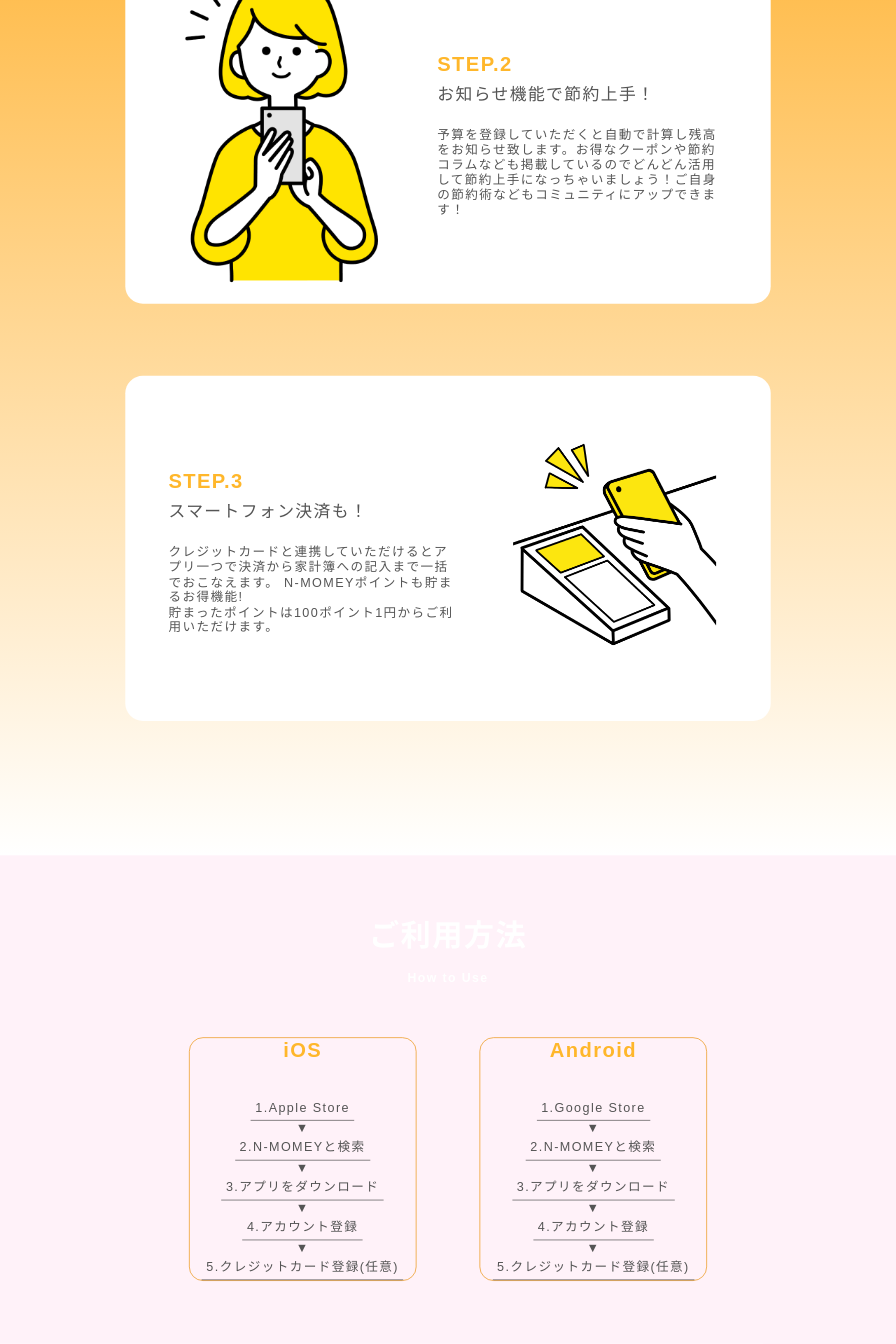
Repository: nozomi-23/lp2_test
Page: index.html
The author's editor kept a copy of each file at every save. The page is drawn from the files as they stood at one save, then again after the next save.
The browser window is 1280 px wide. The pictures show the part of the page from y = 1957 to 3877 px (the page is 3877 px tall before and 3861 px after), at 70% of full size.
Some web fonts or font styles are not loaded; a fallback is used.

Above is the page before, as saved 2022-06-18 15:42:38.

### index.html
<!DOCTYPE html>
<html lang="ja">
<head>
  <meta charset="UTF-8">
  <title>家計簿アプリ「N-MONEY」</title>
  <meta name="description" content="「人生をコードと共に」というビジョンを達成するべく、皆さんのプログラミング学習をサポートします。">
  <meta name="keywords" content="家計簿,アプリ,おすすめ">
  <meta name="viewport" content="width=device-width, initial-scale=1.0">
  <meta property="og:title" content="家計簿アプリ「N-MONEY」">
  <meta property="og:type" content="article">
  <meta property="og:url" content="https://withcode-plus.tech">
  <meta property="og:image" content="img/logo.png">
  <meta property="og:description" content="カンタン家計簿アプリ 「N-MONEY」でお得に楽に家計管理。">
  <meta property="og:site_name" content="家計簿アプリ">
  <link rel="icon" href="favicon.ico">
  <link rel="apple-touch-icon" sizes="180x180" href="img/logo.png">
  <link rel="preconnect" href="https://fonts.googleapis.com">
  <link rel="preconnect" href="https://fonts.gstatic.com" crossorigin>
  <link
    href="https://fonts.googleapis.com/css2?family=M+PLUS+1p:wght@400;500;700&family=Noto+Sans+JP:wght@400;500&display=swap"
    rel="stylesheet">
  <link rel="stylesheet" type="text/css" href="css/reset.css">
  <link rel="stylesheet" type="text/css" href="css/common.css">
</head>
<body>
  <!-- ========== header -->
  <header>
    <div class="header_inner">
      <h1 class="header_logo">
        <a href="#"><img src="img/logo.png" alt="ロゴ画像"></a>
      </h1>
      <nav class="header_nav">
        <ul class="header_list">
          <li class="header_item">
            <a href="#introduction">アプリ紹介</a>
          </li>
          <li class="header_item">
            <a href="#how">ご利用方法</a>
          </li>
          <li class="header_item">
            <a href="#fqa">よくある質問</a>
          </li>
          <li class="header_item">
            <a href="#news">お知らせ</a>
          </li>
          <li class="header_item heder_btn">
            <a href="#contact">お問い合わせ</a>
          </li>
        </ul>
      </nav>
      <div class="drawer"></div>
    </div>
  </header>
  <!-- ========== top -->
  <section class="top_section">
    <div class="inner">
      <div class="top_wrapper">
        <div class="top_left">
          <h2 class="title">
            <p>〜 簡単家計簿アプリ 〜</p><br>
            <span>N-MONEY Mobile</span>
          </h2>
          <div class="download">
            <div class="download_apple">
              <a href="https://www.apple.com/jp/app-store/">
                <img src="img/apple.png" alt="Apple Store">
              </a>
            </div>
            <div class="download_google">
              <a href="https://play.google.com/store/apps?hl=ja&gl=US">
                <img src="img/google.png" alt="Google Store">
              </a>
            </div>
          </div>
        </div>
        <div class="top_right">
          <img src="img/top.png" alt="トップ画像">
        </div>
      </div>
    </div>
  </section>
    <!-- ========== feature -->
    <div class="inner">

      <div class="feature_txt">
        <h3 class="feature_ttl">家でも外でもラクラク管理<br>
        N-MOMEY Mobileとは</h3>
        <p>N-MOMEY
        Mobileとはご自宅でも外出先でも簡単に家計を管理できるサービスです。カテゴリ別の支出、予算管理だけでなくクレジットカードの連結により、レジでのお支払い・支出管理を自動で更新してくれます。予算に対してのお知らせ機能で使いすぎを防ぎます。めんどくさい計算・管理はN-MOMEY
        Mobileにおまかせください!</p>
      </div>

    </div>
<!-- ========== Introduction -->
<section class="intro section" id="introduction">
  <div class="inner">
    <h4 class="common_ttl">アプリ紹介<br><small>Introduction</small></h4>
    <div class="intro_wrapper">
      <div class="intro_wrapper_left">
        <h5 class="intro_txt"><strong>STEP.1</strong><br>
          いつでもどこでもカンタン管理！</h5>
          <p>レシートの管理が大変・・<br>
          いつ支払ったか忘れてしまった・・<br>
          そんなお悩みをすぐに解決します！支払ったらスマホにすぐ記入、カンタンな操作でカテゴリや日付の管理でめんどくさい家計管理のお手伝いをします。</p>
      </div>
      <div class="intro_wrapper_right">
        <img src="img/step1.png" alt="スマートフォンの画像">
      </div>
    </div>
    <div class="intro_wrapper intro_wrapper_revers">
      <div class="intro_wrapper_left ">
        <h5 class="intro_txt"><strong>STEP.2</strong><br>
          お知らせ機能で節約上手！</h5>
        <p>予算を登録していただくと自動で計算し残高をお知らせ致します。お得なクーポンや節約コラムなども掲載しているのでどんどん活用して節約上手になっちゃいましょう！ご自身の節約術などもコミュニティにアップできます！
          </p>
      </div>
      <div class="intro_wrapper_right">
        <img src="img/step2.png" alt="スマートフォンの画像">
      </div>
    </div>
    <div class="intro_wrapper">
      <div class="intro_wrapper_left">
        <h5 class="intro_txt"><strong>STEP.3</strong><br>
          スマートフォン決済も！</h5>
        <p>クレジットカードと連携していただけるとアプリ一つで決済から家計簿への記入まで一括でおこなえます。
        N-MOMEYポイントも貯まるお得機能!<br>
        貯まったポイントは100ポイント1円からご利用いただけます。</p>
      </div>
      <div class="intro_wrapper_right">
        <img src="img/step3.png" alt="スマートフォンの画像">
      </div>
    </div>
  </div>
</section>
<!-- ========== how -->
<section class="how section" id="how">
  <div class="inner">
    <h4 class="common_ttl">ご利用方法<br><small>How to Use</small></h4>
    <div class="how_wrapper">
      <div class="how_wrapper_item">
        <h5>iOS</h5>
        <ul class="how_list">
          <li>1.Apple Store</li>
          <p>▼</p>
          <li>2.N-MOMEYと検索</li>
          <p>▼</p>
          <li>3.アプリをダウンロード</li>
          <p>▼</p>
          <li>4.アカウント登録</li>
          <p>▼</p>
          <li>5.クレジットカード登録(任意)</li>
        </ul>
      </div>
      <div class="how_wrapper_item">
        <h5>Android</h5>
        <ul class="how_list">
          <li>1.Google Store</li>
          <p>▼</p>
          <li>2.N-MOMEYと検索</li>
          <p>▼</p>
          <li>3.アプリをダウンロード</li>
          <p>▼</p>
          <li>4.アカウント登録</li>
          <p>▼</p>
          <li>5.クレジットカード登録(任意)</li>
        </ul>
      </div>
    </div>
  </div>
</section>
</body>
</html>

### css/reset.css
@charset "UTF-8";

html,
body,
div,
span,
object,
iframe,
h1,
h2,
h3,
h4,
h5,
h6,
p,
blockquote,
pre,
abbr,
address,
cite,
code,
del,
dfn,
em,
img,
ins,
kbd,
q,
samp,
small,
strong,
sub,
sup,
var,
b,
i,
dl,
dt,
dd,
ol,
ul,
li,
fieldset,
form,
label,
legend,
table,
caption,
tbody,
tfoot,
thead,
tr,
th,
td,
article,
aside,
canvas,
details,
figcaption,
figure,
footer,
header,
hgroup,
menu,
nav,
section,
summary,
time,
mark,
audio,
video {
  margin: 0;
  padding: 0;
  border: 0;
  outline: 0;
  font-size: 100%;
  vertical-align: baseline;
  background: transparent;
}

body {
  line-height: 1;
}

article,
aside,
details,
figcaption,
figure,
footer,
header,
hgroup,
menu,
nav,
section {
  display: block;
}

nav ul {
  list-style: none;
}

blockquote,
q {
  quotes: none;
}

blockquote:before,
blockquote:after,
q:before,
q:after {
  content: '';
  content: none;
}

a {
  margin: 0;
  padding: 0;
  font-size: 100%;
  vertical-align: baseline;
  background: transparent;
}

/* change colours to suit your needs */
ins {
  background-color: #ff9;
  color: #000;
  text-decoration: none;
}

/* change colours to suit your needs */
mark {
  background-color: #ff9;
  color: #000;
  font-style: italic;
  font-weight: bold;
}

del {
  text-decoration: line-through;
}

abbr[title],
dfn[title] {
  border-bottom: 1px dotted;
  cursor: help;
}

table {
  border-collapse: collapse;
  border-spacing: 0;
}

/* change border colour to suit your needs */
hr {
  display: block;
  height: 1px;
  border: 0;
  border-top: 1px solid #cccccc;
  margin: 1em 0;
  padding: 0;
}

input,
select {
  vertical-align: middle;
}

### css/common.css
@charset "UTF-8";

body {
  font-size: 18px;
  line-height: 1.2;
  letter-spacing: 2px;
  word-break: break-all;
  color: #555;
  font-family: 'M PLUS 1p', sans-serif ,
  'Noto Sans JP', sans-serif;
}
li {
  list-style: none;
}
a {
  text-decoration: none;
  color: #333;
}
/* ===================
共通レイアウト
======================*/
.section {
  padding: 7% 0;
  position: relative;
  background-color: rgba(255, 105, 180, 0.085);
}
.inner {
  width: 80%;
  margin: 0 auto;
  /* background-color: rgb(221, 240, 240); */
}
/* ===================
共通パーツ
======================*/
.common_ttl {
  text-align: center;
  color: #5A5757;
  font-size: 2.7rem;
  margin-bottom: 6.5%;
}
.common_ttl small {
  font-size: 1.1rem;
}

/* ===================
header
======================*/
.header_inner {
  width: 90%;
  height: 15vh;
  margin: 0 auto;
  display: flex;
  justify-content: space-between;
  align-items: center;
}
.header_logo {
  position: fixed;
  top: 1rem;
  z-index: 3;
}
.header_logo img {
  width: 100%;
  height: 100%;
}
.header_nav {
  margin-left: auto;
}
.header_list {
  display: flex;
  justify-content: flex-end;
  align-items: center;
}
.header_list li {
  margin-left: 1.8rem;
}
.header_list li a:hover {
  opacity: 0.5;
}
.heder_btn a{
  background: #FFB72B;
  color: #fff;
  line-height: 3;
  border-radius: 15px;
  display: inline-block;
  padding: 0 1.8rem;
}
/* ===================
top
======================*/
.top_wrapper {
  margin-top: 10%;
  height: auto;
  display: flex;
  justify-content: space-evenly;
  align-items: center;
}
.top_left {
  text-align: center;
  width: 50%;
  height: auto;
}
.title p{
  font-size: 1.7rem;
  font-weight: 400;
  margin-bottom: 2%;
  color: #333;
}
.title span {
  font-size: 3.5rem;
  color: #FFB72B;
  font-weight: bold;
}
.download {
  display: flex;
  align-items: center;
  justify-content: space-evenly;
  margin-top: 10%;
}
.download_apple {
  width: 35%;
}
.download_apple img {
  width: 100%;
  height: 100%;
}
.download_google {
  width: 35%;
}
.download_google img {
  width: 100%;
  height: 100%;
}
.top_right {
  width: 42%;
  height: auto;
}
.top_right img {
  width: 100%;
  height: 100%;

}
/* ===================
feature
======================*/
.feature_txt {
  width: 90%;
  margin-bottom: 10%;
}
.feature_ttl {
  font-size: 1.9rem;
  color: #FFB72B;
  font-weight: 400;
  margin: 5% 0 2% 0;
  line-height: 1.5;
}
.feature_ttl::after {
  content: "";
  display: inline-block;
  width: 100px;
  height: 2px;
  background: #FFB72B;
  margin-left: 2%;
  vertical-align: middle;
}
.feature_txt p {
  color: #333;
}
/* ===================
Introduction
======================*/
.intro {
  background: linear-gradient(180deg, #FFAD23 27.08%, rgba(255, 173, 35, 0) 100%);
}
.common_ttl:first-child {
  color: #fff;
}
.intro_wrapper {
  width: 90%;
  height: 60vh;
  display: flex;
  align-items: center;
  justify-content: space-evenly;
  background: #fff;
  border-radius: 25px;
  margin: 0 auto;
  padding: 3% 0;
  margin-bottom: 10%;
}
.intro_wrapper_left {
  width: 45%;
  height: auto;
}
.intro_txt {
  font-size: 1.5rem;
  font-weight: 500;
  margin-bottom: 8%;
}
.intro_txt strong {
  font-weight: bold;
  color: #FFB72B;
  font-size: 1.8rem;
  margin-top: 1rem;
  line-height: 2;
}
.intro_wrapper_right {
width: 35%;
height: auto;
text-align: center;
}
.intro_wrapper_right img {
  max-width: 90%;

}
.intro_wrapper_revers {
  display: flex;
  flex-direction: row-reverse;
}
/* ===================
how
======================*/
.how_wrapper {
  width: 90%;
  margin: 0 auto;
  display: flex;
  justify-content: space-evenly;
}
.how_wrapper_item {
  width: 35%;
  text-align: center;
  border: 1px solid #EB9515;
  border-radius: 20px;
}
.how_wrapper_item h5{
  color: #FFB72B;
  font-size: 1.8rem;
  margin-bottom: 15%;
}
.how_list li {
  display: inline-block;
  padding: 2%;
  border-bottom: solid 1px #555;
}

After the next save:
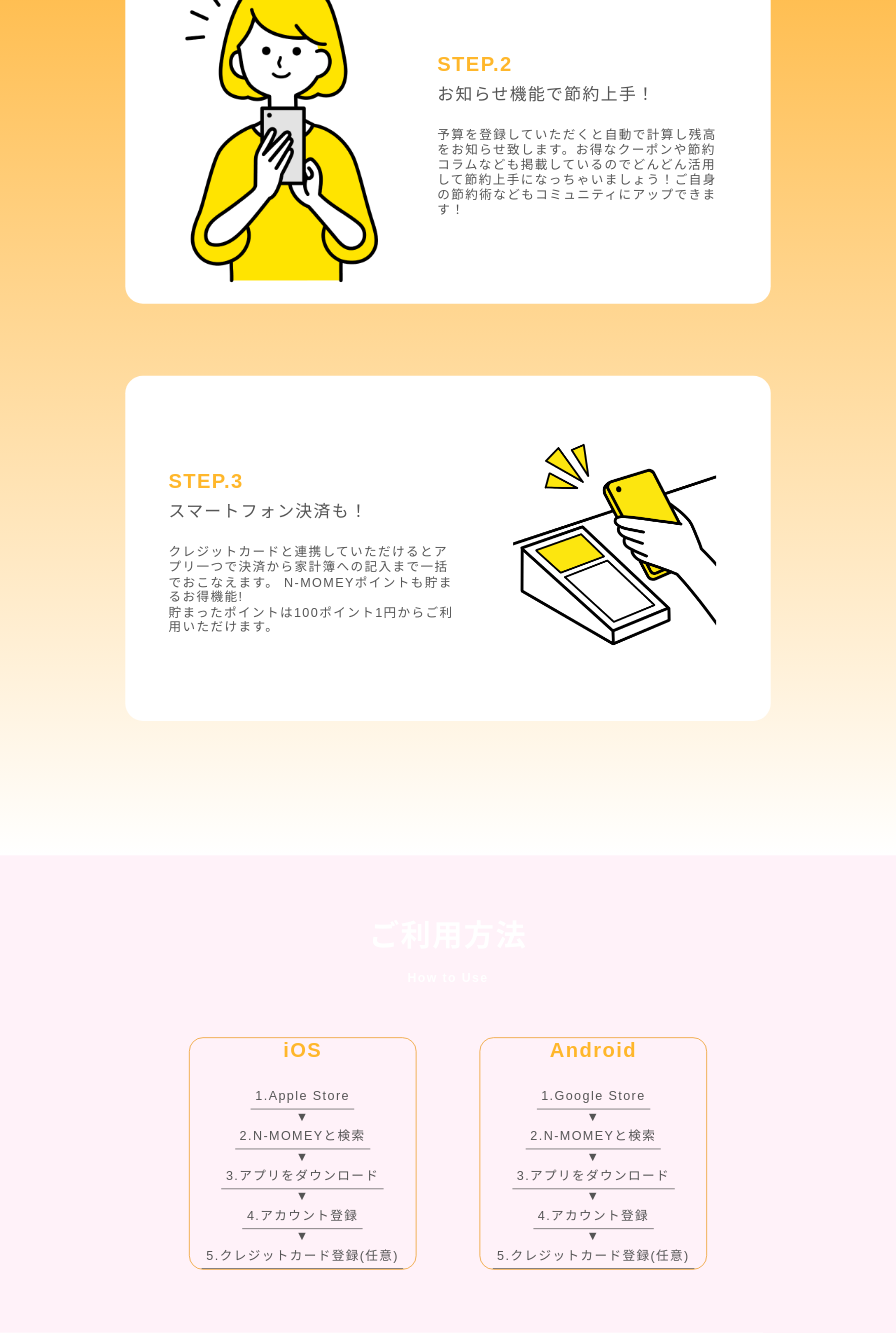
Saved 27 s later.
--- a/css/common.css
+++ b/css/common.css
@@ -233,7 +233,7 @@ how
 .how_wrapper_item h5{
   color: #FFB72B;
   font-size: 1.8rem;
-  margin-bottom: 15%;
+  margin-bottom: 10%;
 }
 .how_list li {
   display: inline-block;
